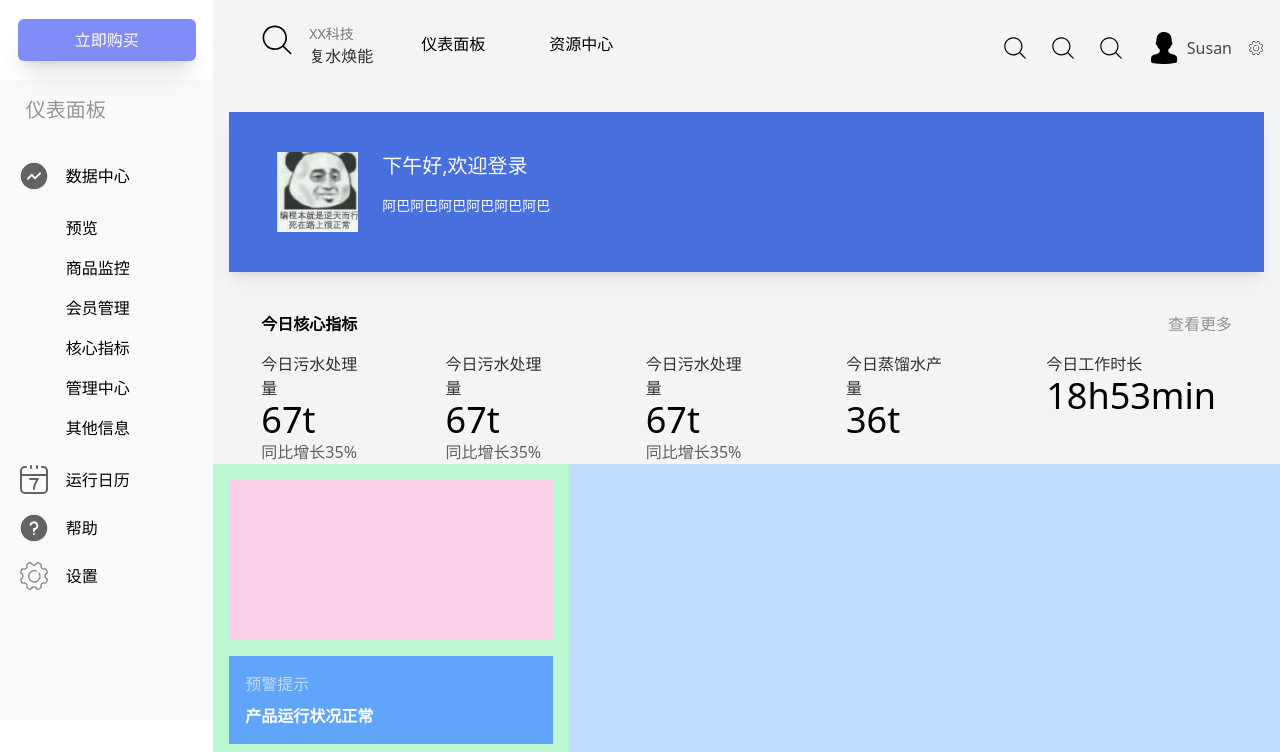
Repository: LiuRuohui/useWater
Page: /
The author's editor kept a copy of each file at every save. The page is drawn from the files as they stood at one save, then again after the next save.
The browser window is 1280 px wide. The pictures show the whole page.
The project was rebuilt for these pictures with package versions that can differ from the ones it lists, and the page was loaded fresh each time. Also part of the build but not shown: vite.config.js.

Above is the page before, as saved 2022-04-06 23:47:08.

After the next save:
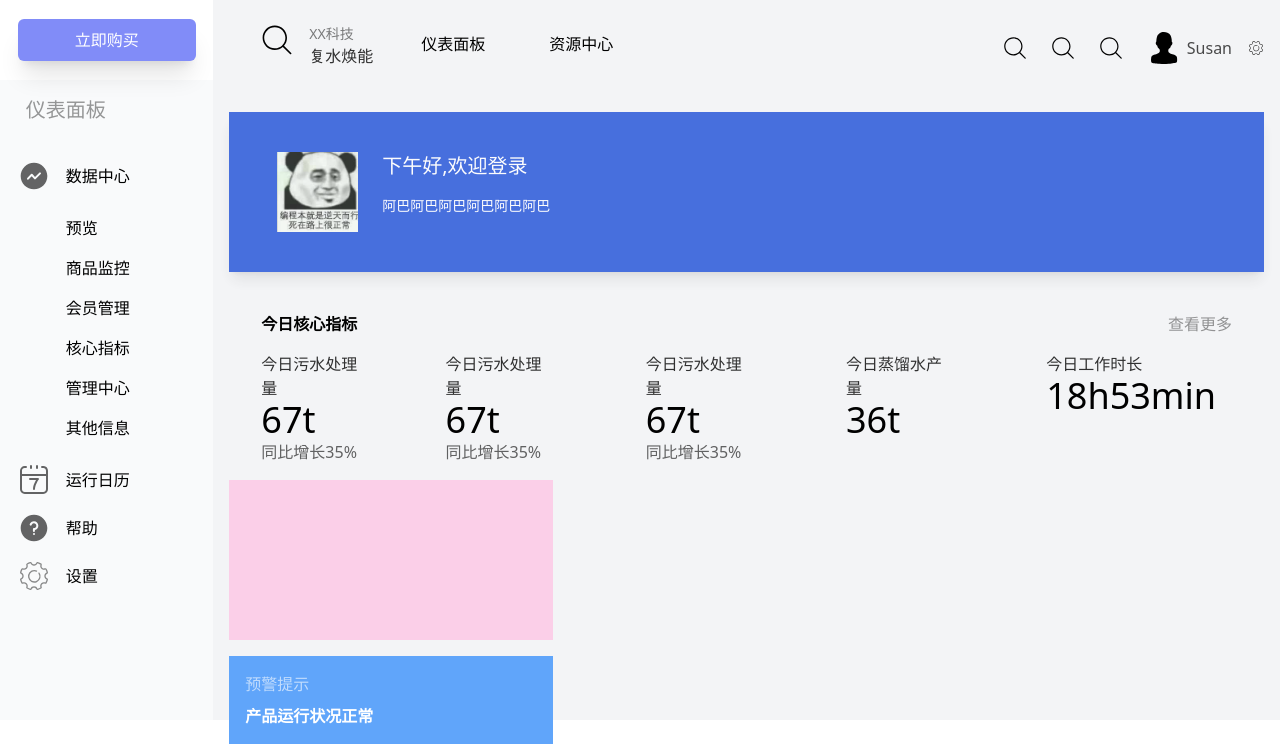
Saved 26 s later.
--- a/src/components/HelloWorld.vue
+++ b/src/components/HelloWorld.vue
@@ -104,8 +104,8 @@
               </div>
           </div>
       </div>
-      <div class="flex flex-grow flex-row bg-blue-200">
-          <div class="w-1/3 bg-green-200 flex flex-col">
+      <div class="flex flex-grow flex-row">
+          <div class="w-1/3 flex flex-col">
               <div class="flex h-40 m-4 bg-pink-200">
 
               </div>
